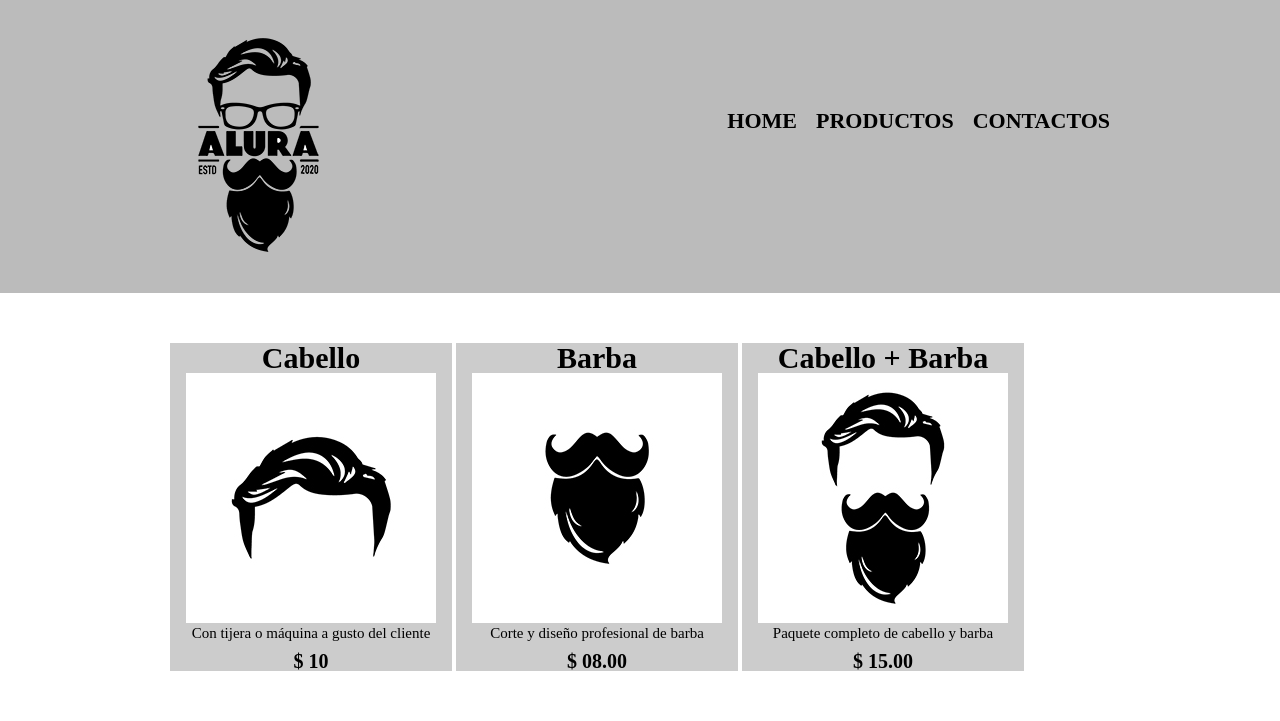
Repository: Ciromontes/Barber-a
Page: productos.html
These files come from the project's save history. The page is drawn as it stood at one moment and after the next save; the edit follows.
The browser window is 1280 px wide. The pictures show the whole page.

Above is the page before, as saved 2022-12-23 21:27:57.

### productos.html
<!DOCTYPE html>
<html>
    <head>
        <meta http-equiv="Content-Type" content="text/html;charset=UTF-8">
        <title>Productos - Barbería Alura</title>
        <link rel="stylesheet" href="reset.css">
        <link rel="stylesheet" href="productos.css">
    </head>

    <body>
        <header>
            <div class="caja">
                <h1><img src="logos/logo.png"></h1>
            <nav>
                <ul>
                    <li><a href="index.html">Home</a></li>
                    <li><a href="productos.html">Productos</a></li>
                    <li><a href="Contacto.html">Contactos</a></li>

                </ul>

            </nav>

            </div>

        </header>
        <main>
            <ul class="productos">
                <li>
                    <h2>Cabello</h2>
                    <img src="logos/cabello.jpg" alt="">
                    <p class="producto-descripcion">Con tijera o máquina a gusto del cliente</p>
                    <p class="producto-precio">$ 10</p>

                </li>
                <li>
                    <h2>Barba</h2>
                    <img src="logos/barba.jpg" alt="">
                    <p class="producto-descripcion">Corte y diseño profesional de barba</p>
                    <p class="producto-precio">$ 08.00</p>

                </li>
                <li>
                    <h2>Cabello + Barba</h2>
                    <img src="logos/cabello+barba.jpg" alt="">
                    <p class="producto-descripcion">Paquete completo de cabello y barba</p>
                    <p class="producto-precio">$ 15.00</p>

                </li>
            </ul>



        </main>

    </body>
</html>

### productos.css
header{
    background-color: #BBBBBB;
}
.caja{
    width: 940px;
    position: relative;
    margin: 0 auto;
    padding: 20px 0;
}

nav li{
    display:inline;
    margin: 0 0 0 15px;

}
nav{
    position: absolute;
    top: 110px;
    right: 0;
}

nav a{
    text-transform: uppercase;
    color:#000000;
    font-weight: bold;
    font-size: 22px;
    text-decoration: navajowhite;


}

.productos{
    width: 940px;
    margin: 0 auto;
    padding: 50px;
}

.productos li{
    display: inline-block;
    width: 30%;
    vertical-align: top;
    text-align: center;
    background-color: #cccccc
    ;

}

.productos h2{
    text-align: center;
    font-size: 30px;
    font-weight: bold;
}

.producto-descripcion{
    font-size: 15px;

}
.producto-precio{
    font-size: 20px;
    font-weight: bold;
    margin-top: 10px;
}

Loaded but not shown: reset.css (common file)

After the next save:
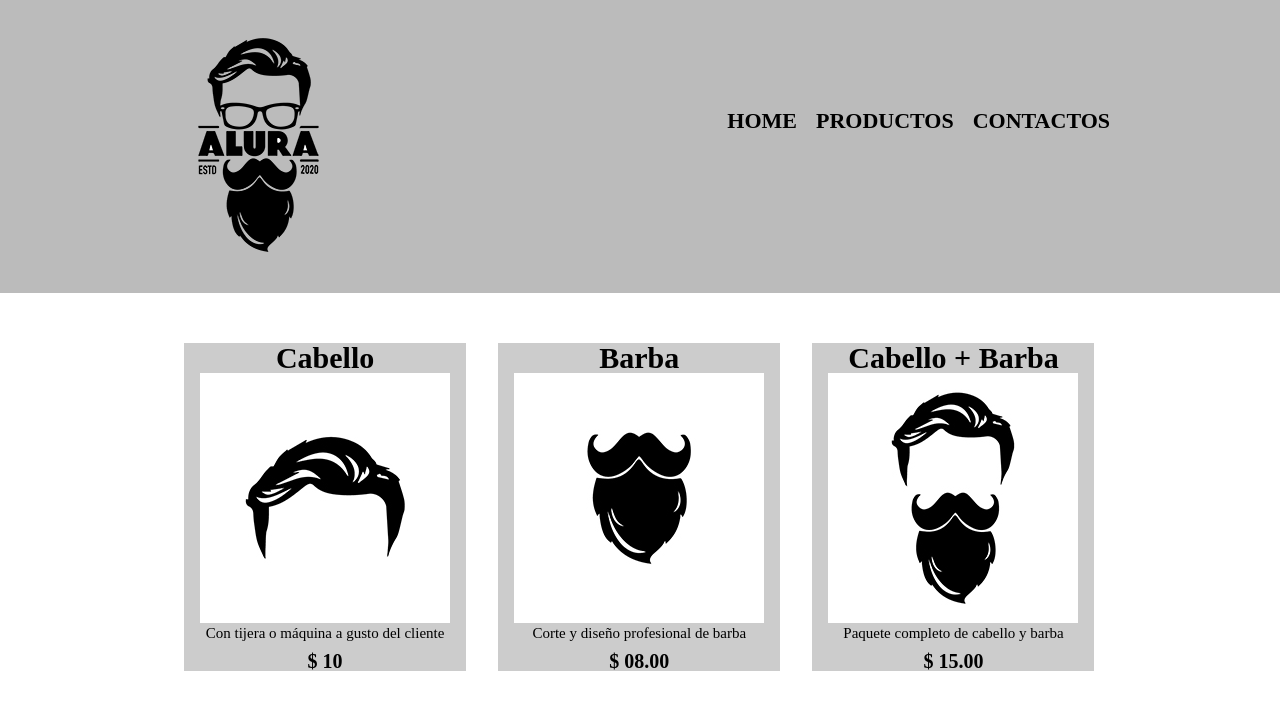
Saved 104 s later.
--- a/productos.css
+++ b/productos.css
@@ -40,7 +40,8 @@
     width: 30%;
     vertical-align: top;
     text-align: center;
-    background-color: #cccccc
+    background-color: #cccccc;
+    margin:0 1.5%;
     ;
 
 }
